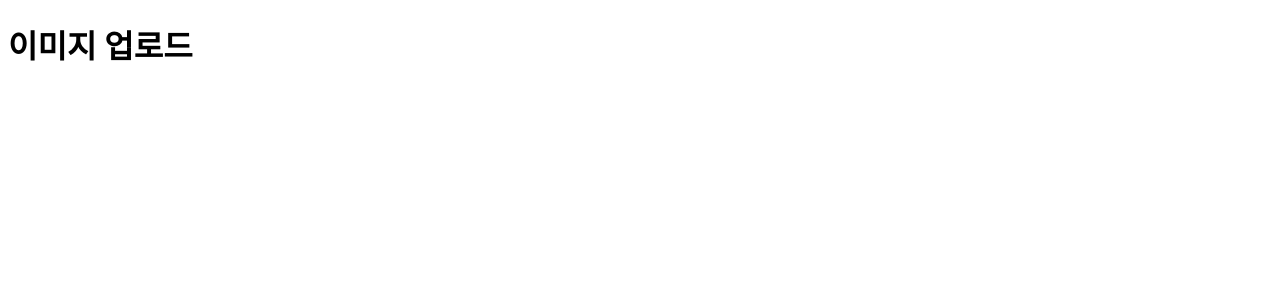
Repository: ExiNni/Travel-Project
Page: http://localhost/image/upload.jsp
An editor plug-in stored every save of this project. The page is shown before and after the next save, followed by the edit.
The browser window is 1280 px wide. The pictures show the whole page.
The page is served by Tomcat 9.

Above is the page before, as saved 2023-11-10 00:16:02.

### image/src/main/webapp/upload.jsp
<%@ page language="java" contentType="text/html; charset=EUC-KR"
    pageEncoding="EUC-KR"%>
<!DOCTYPE html>
<html>
<head>
<meta charset="EUC-KR">
<title>이미지 업로드</title>
</head>
<body>
<h1>이미지 업로드</h1>
</body>
</html>

After the next save:
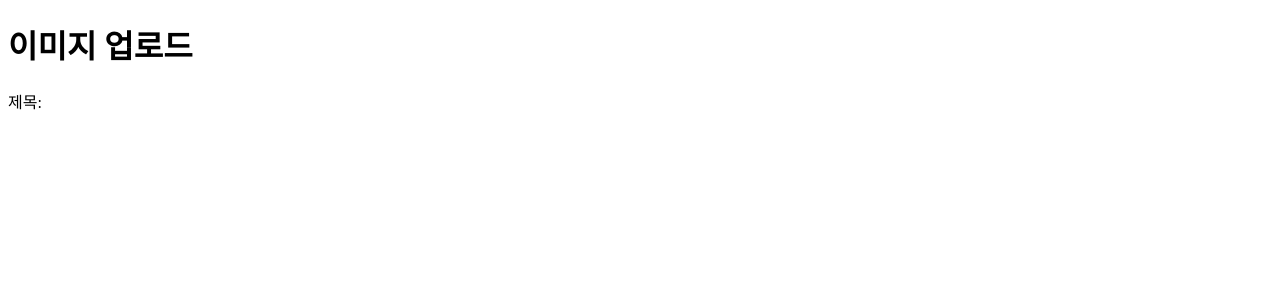
Saved 15 s later.
--- a/image/src/main/webapp/upload.jsp
+++ b/image/src/main/webapp/upload.jsp
@@ -8,5 +8,8 @@
 </head>
 <body>
 <h1>이미지 업로드</h1>
+<form action="">
+	<label>제목: </label>
+</form>
 </body>
 </html>
